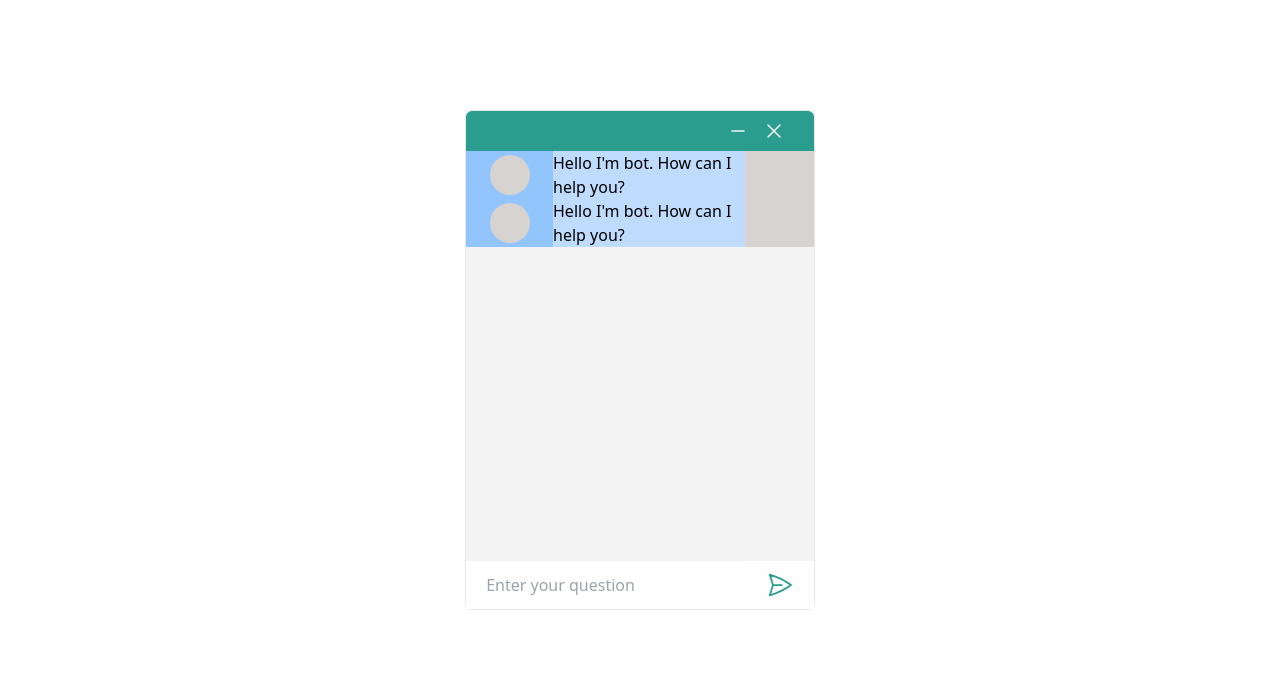
Repository: hsumyatm7308/Chatbot
Page: index.html
An editor plug-in stored every save of this project. The page is shown before and after the next save, followed by the edit.
The browser window is 1280 px wide. The pictures show the whole page.
Some web libraries are served in a nearby version.

Above is the page before, as saved 2023-07-09 11:20:09.

After the next save:
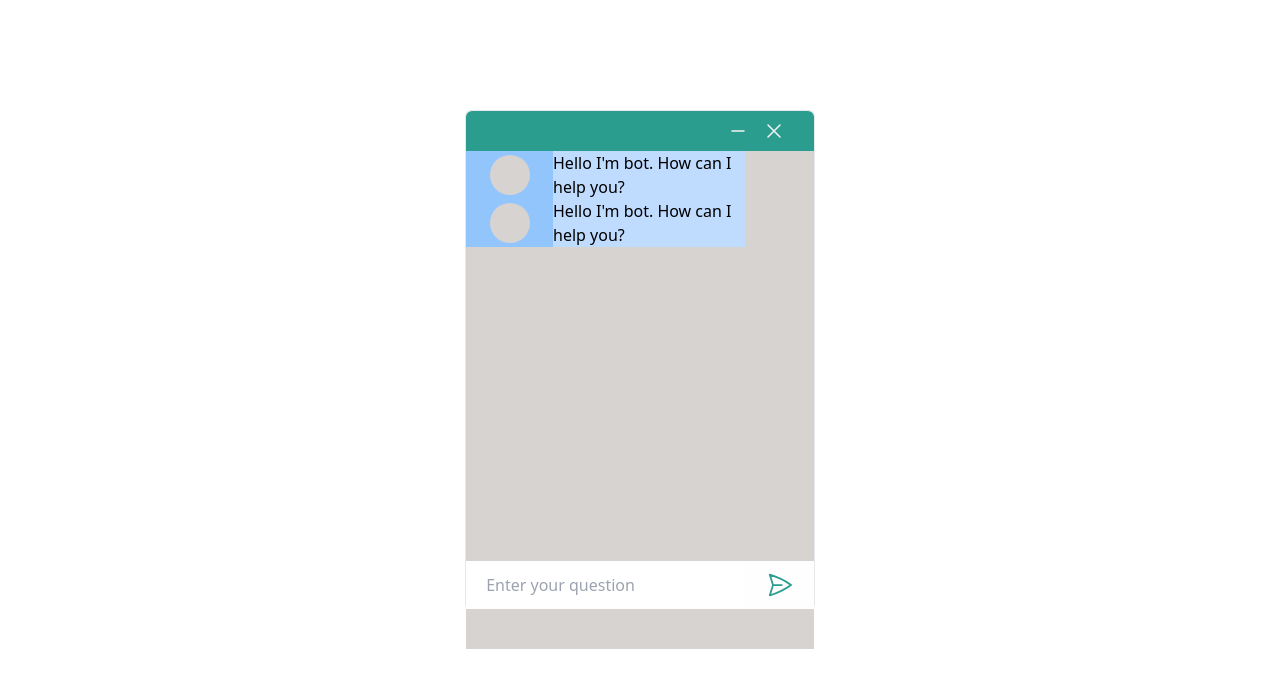
Saved 35 s later.
--- a/index.html
+++ b/index.html
@@ -24,7 +24,7 @@
 
             </div>
 
-            <div class="w-full h-full overflow-y-auto">
+            <div class="w-full h-full bg-stone-300 overflow-y-auto">
                  <div class="w-full grid grid-cols-4 flex profile-side">
                        <div class= "w-full h-auto bg-blue-300 flex justify-center items-center">
                             <div class="w-10 h-10 rounded-full bg-stone-300">

After the save that followed:
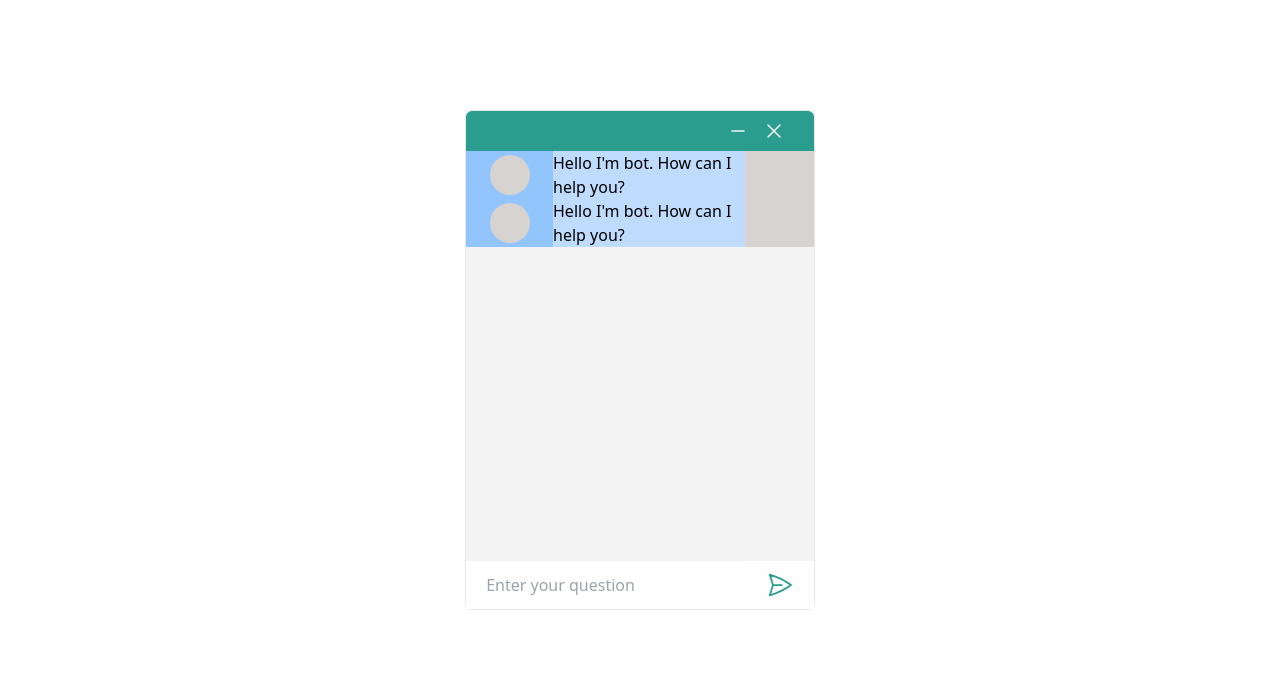
Saved 17 s later.
--- a/index.html
+++ b/index.html
@@ -24,7 +24,7 @@
 
             </div>
 
-            <div class="w-full h-full bg-stone-300 overflow-y-auto">
+            <div class="w-full h-auto bg-stone-300 overflow-y-auto">
                  <div class="w-full grid grid-cols-4 flex profile-side">
                        <div class= "w-full h-auto bg-blue-300 flex justify-center items-center">
                             <div class="w-10 h-10 rounded-full bg-stone-300">
